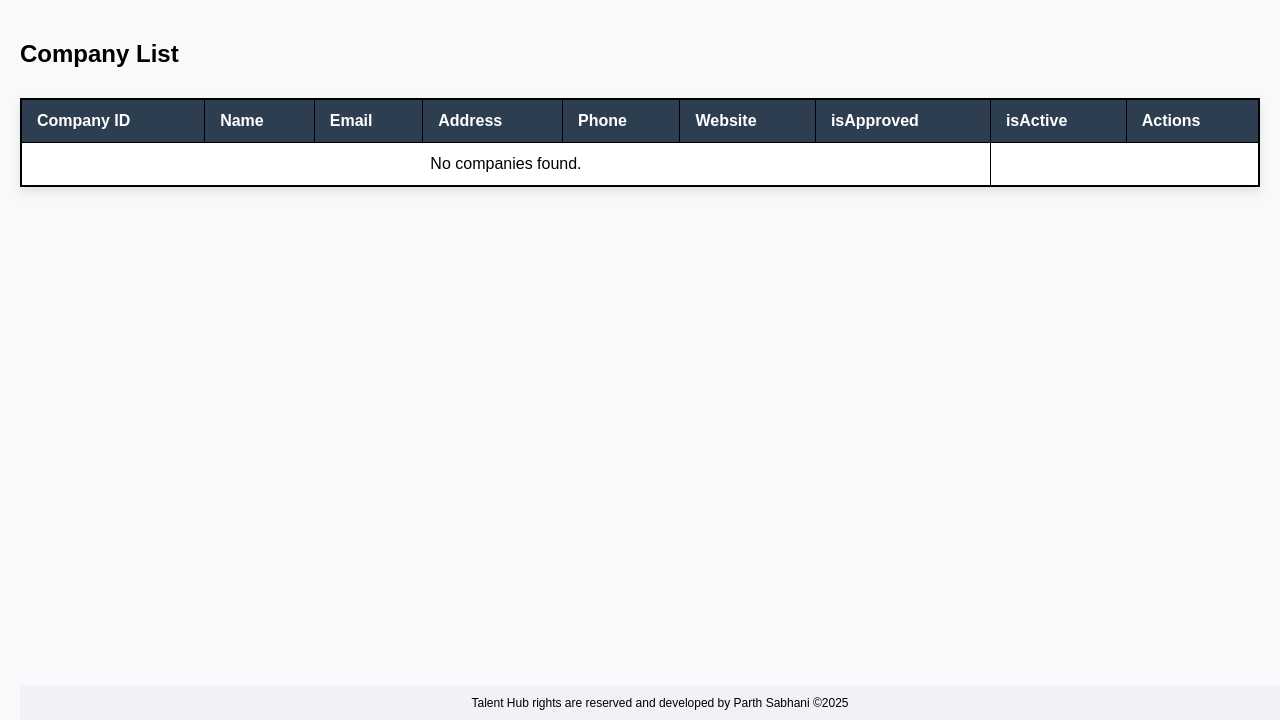
Repository: parthsabhani/Job_Portal_JSP_Servlet
Page: http://localhost/Job_Portal/adminDashboard.jsp
These files come from the project's save history. The page is drawn as it stood at one moment and after the next save; the edit follows.
The browser window is 1280 px wide. The pictures show the whole page.
The page is served by Tomcat 10. The template is opened directly, without the code that normally fills it, so the values that code supplies are empty.

Above is the page before, as saved 2025-04-23 04:00:24.

After the next save:
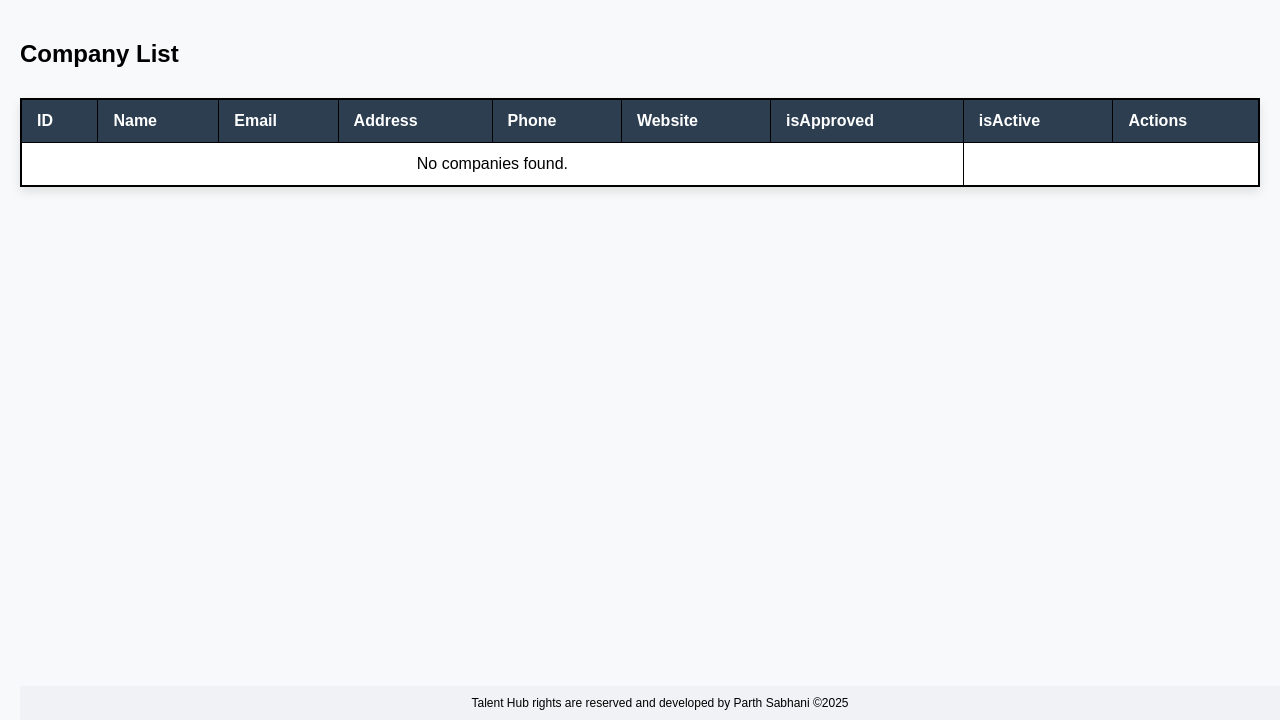
Saved 14 min 29 s later.
--- a/Job_Portal/src/main/webapp/adminDashboard.jsp
+++ b/Job_Portal/src/main/webapp/adminDashboard.jsp
@@ -77,7 +77,7 @@ a:hover {
 	<table>
 		<thead>
 			<tr>
-				<th>Company ID</th>
+				<th>ID</th>
 				<th>Name</th>
 				<th>Email</th>
 				<th>Address</th>
